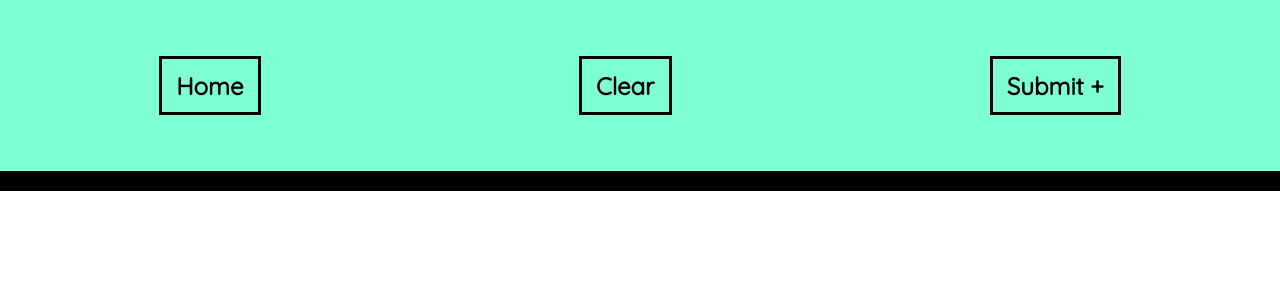
Repository: rickypcyt/WebMural
Page: /
An editor plug-in stored every save of this project. The page is shown before and after the next save, followed by the edit.
The browser window is 1280 px wide. The pictures show the whole page.
The pointer rests on the first visible `.oli`.
The project was rebuilt for these pictures with package versions that can differ from the ones it lists, and the page was loaded fresh each time.

Above is the page before, as saved 2022-09-12 13:30:13.

After the next save:
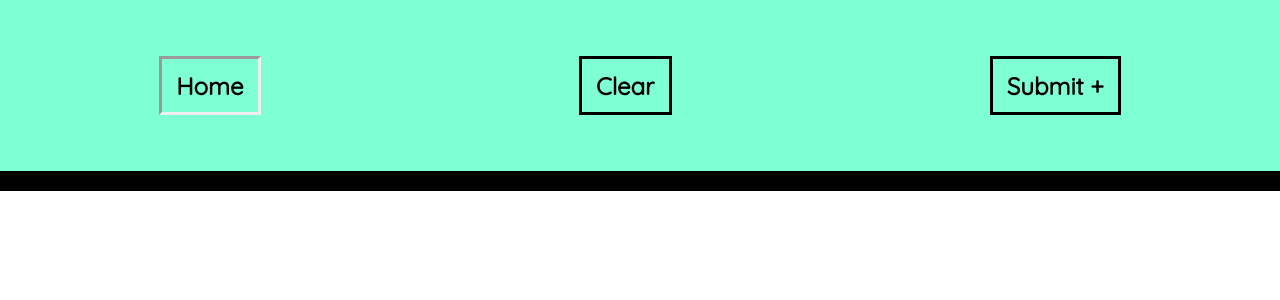
Saved 7 s later.
--- a/src/index.css
+++ b/src/index.css
@@ -70,7 +70,7 @@ ol {
 }
 .oli:hover {
   color: black;
-  border-style: ;
+  border-style: inset;
 }
 .page {
   padding-top: 2%;
